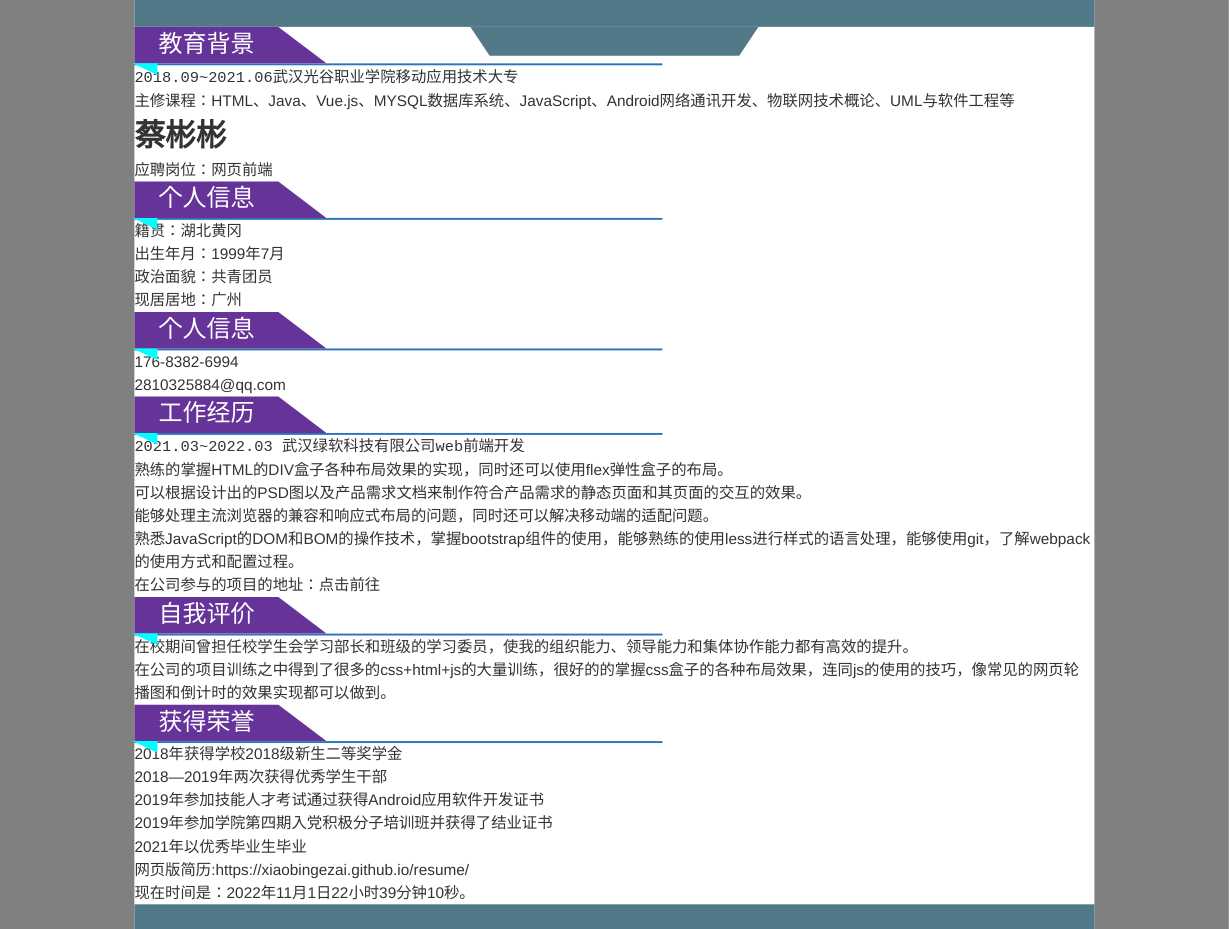
Repository: xiaobingezai/resume
Page: index.html
These files come from the project's save history. The page is drawn as it stood at one moment and after the next save; the edit follows.
The browser window is 1280 px wide. The pictures show the whole page, at 96% of full size.

Above is the page before, as saved 2022-11-02 21:19:37.

After the next save:
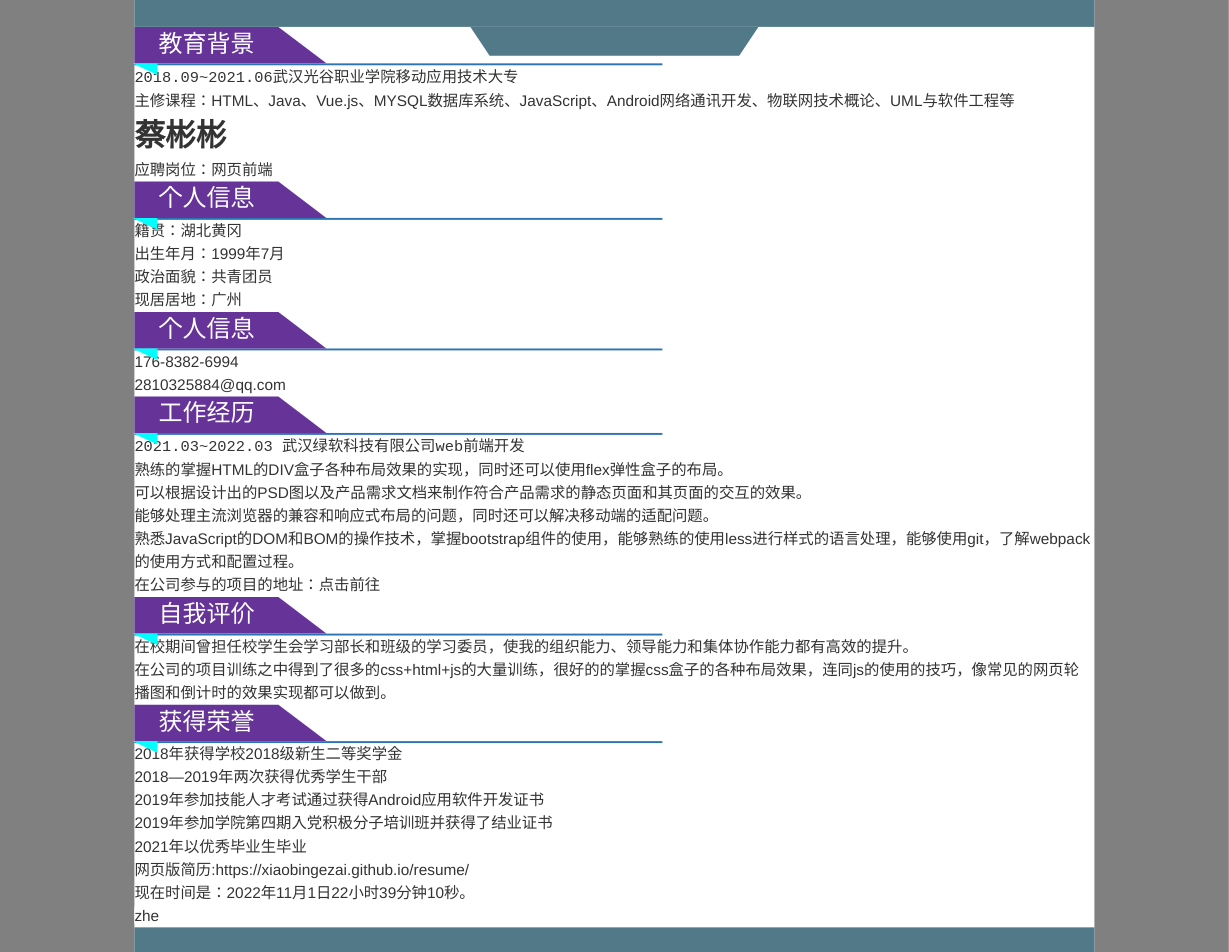
Saved 2 min 51 s later.
--- a/css/index.css
+++ b/css/index.css
@@ -145,7 +145,7 @@ body{
     border-color: #517987 transparent transparent transparent;
 }
 #zhengTi::after {
-    content: '';
+    content: 'zhe ';
     width: 260px;
     height: 28px;
     background-color: #fff;
